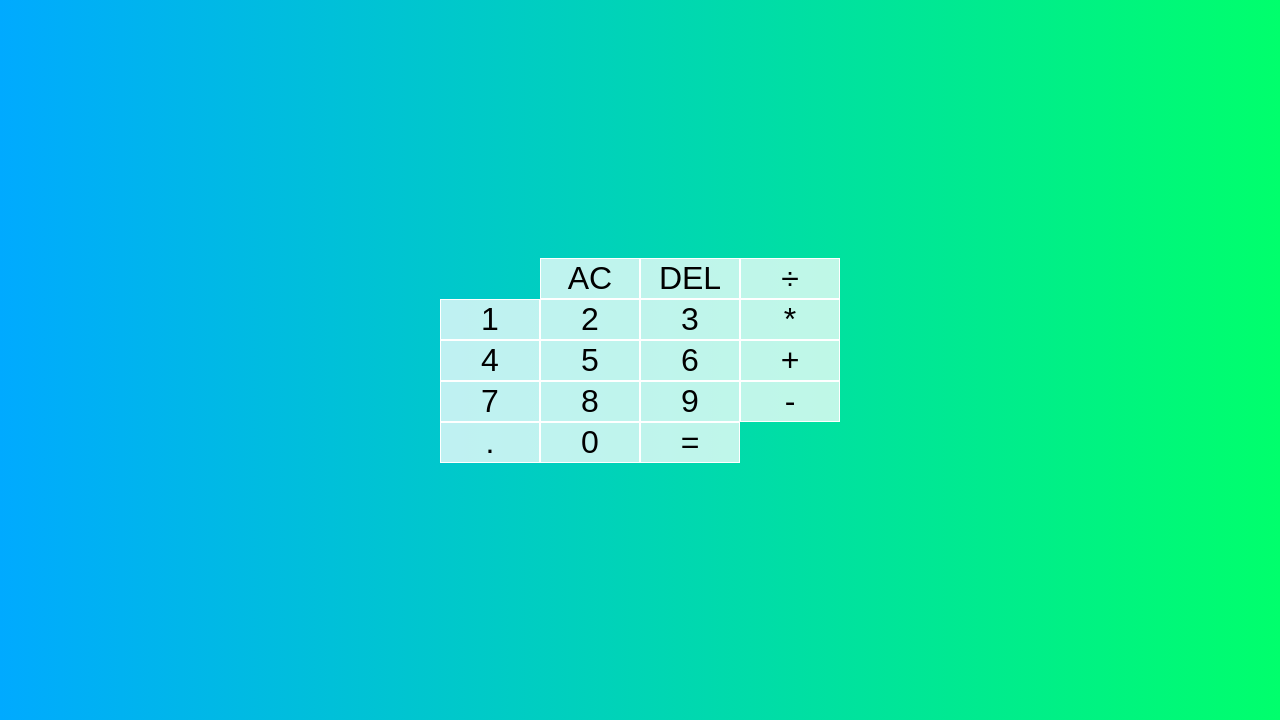
Repository: weazzyefff/Calculator-YT-Tutorial-
Page: index.html
The author's editor kept a copy of each file at every save. The page is drawn from the files as they stood at one save, then again after the next save.
The browser window is 1280 px wide. The pictures show the whole page.

Above is the page before, as saved 2022-12-23 12:13:19.

After the next save:
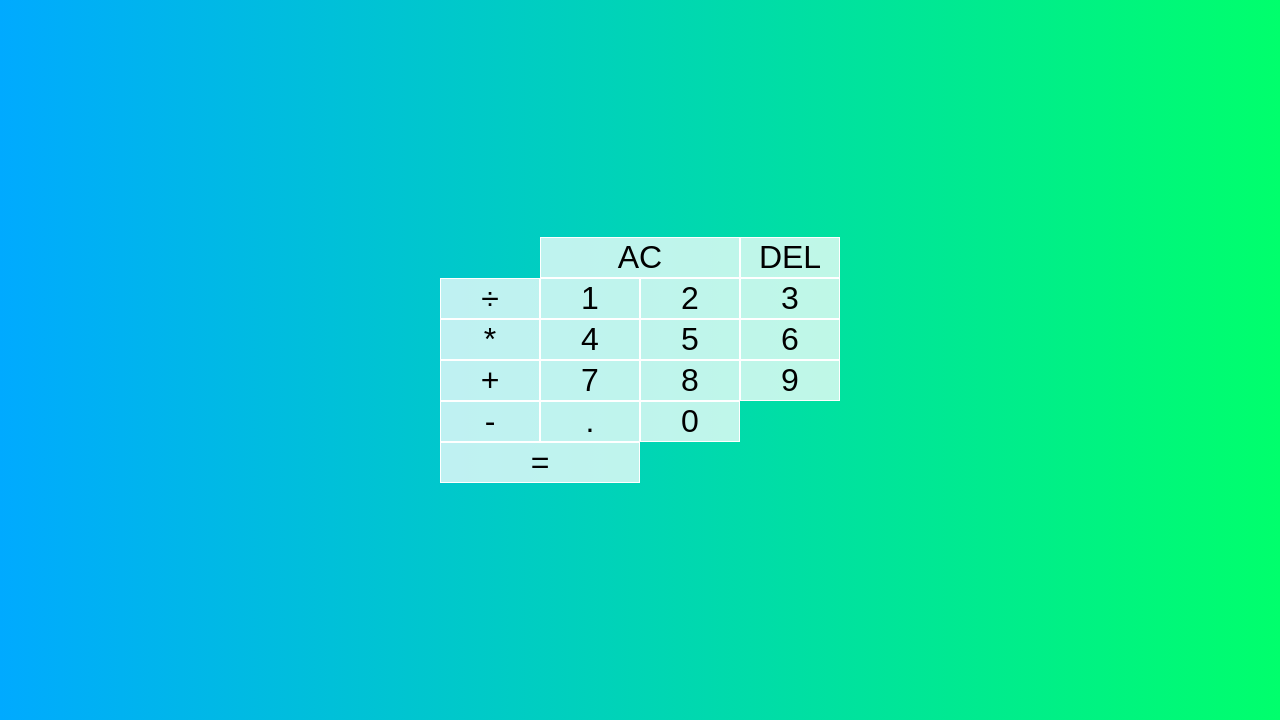
Saved 33 s later.
--- a/styles.css
+++ b/styles.css
@@ -30,3 +30,7 @@ body {
 .calculator-grid > button:hover {
     background-color:rgba(255,255,255, .9);
 }
+
+.span-two {
+    grid-column: span 2;
+}
